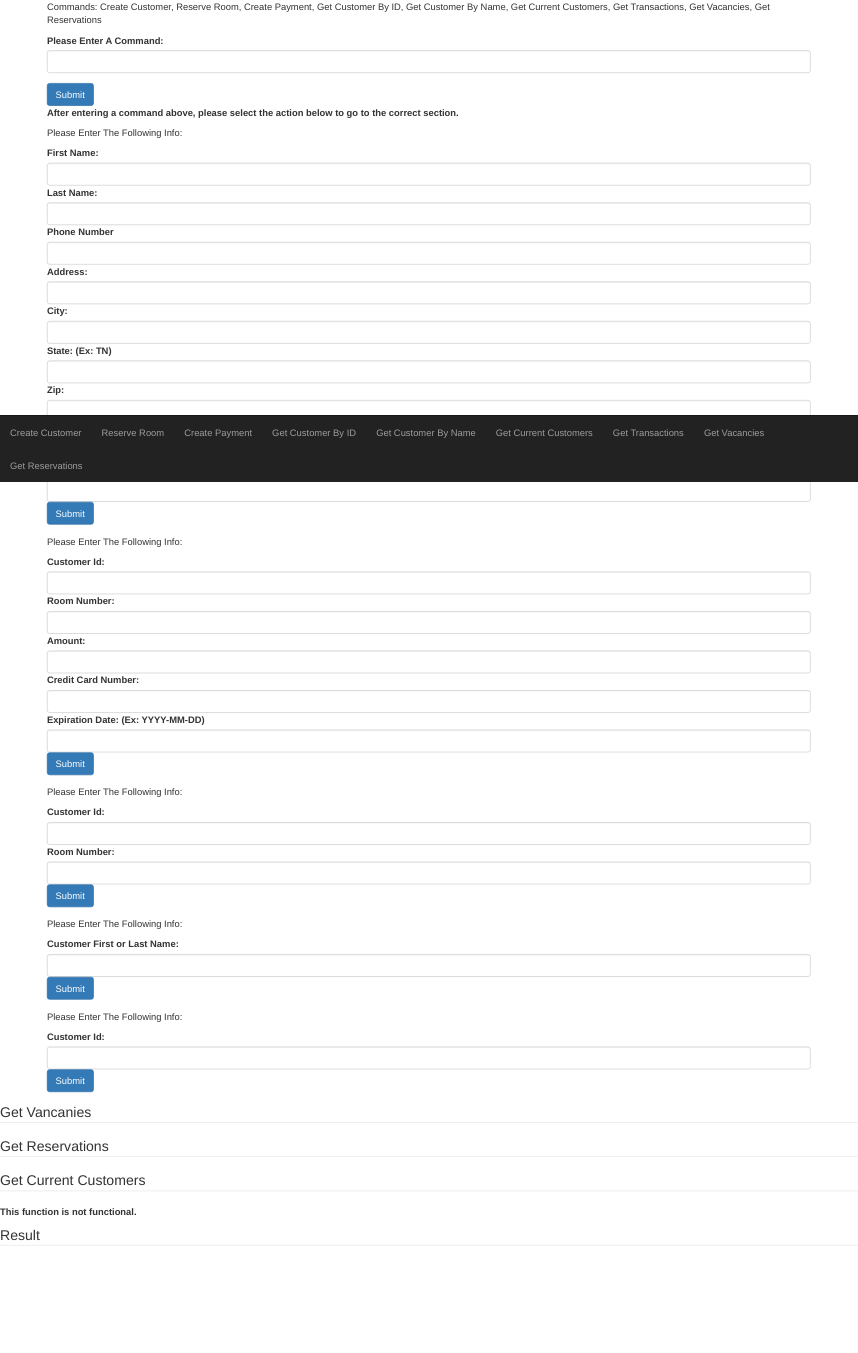
Repository: kddean/PA2
Page: Hotel Reservation System - Single Page/WebContent/HRS.html
These files come from the project's save history. The page is drawn as it stood at one moment and after the next save; the edit follows.
The browser window is 1280 px wide. The pictures show the whole page, at 67% of full size.

Above is the page before, as saved 2016-04-08 03:58:38.

### Hotel Reservation System - Single Page/WebContent/HRS.html
<!DOCTYPE html>
<html>
<head>
<!-- <meta charset="ISO-8859-1"> -->
<meta charset="utf-8">
<meta name="viewport" content="width=device-width, initial-scale=1">
<link rel="stylesheet"
	href="http://maxcdn.bootstrapcdn.com/bootstrap/3.3.6/css/bootstrap.min.css">
<script
	src="https://ajax.googleapis.com/ajax/libs/jquery/1.12.0/jquery.min.js"></script>
<script
	src="http://maxcdn.bootstrapcdn.com/bootstrap/3.3.6/js/bootstrap.min.js"></script>
<title>HRS</title>
</head>
<body>

	<nav class="navbar navbar-inverse navbar-fixed-bottom">

		<ul class="nav navbar-nav">
			<li><a href="#FindForm">Create Customer</a></li>
			<li><a href="#RoomForm">Reserve Room</a></li>
			<li><a href="#PayForm">Create Payment</a></li>
			<li><a href="#TForm">Get Customer By ID</a></li>
			<li><a href="#CForm">Get Customer By Name</a></li>
			<li><a href="#sec3">Get Current Customers</a></li>
			<li><a href="TForm">Get Transactions</a></li>
			<li><a href="#sec">Get Vacancies</a></li>
			<li><a href="#sec2">Get Reservations</a></li>
	</ul>
	</nav>






	<div class="container">
		<p>Commands: Create Customer, Reserve Room, Create Payment, Get
			Customer By ID, Get Customer By Name, Get Current Customers, Get
			Transactions, Get Vacancies, Get Reservations</p>
		<form name="HRSForm">
			<div class="form-group">
				<label for="cmmd">Please Enter A Command:</label> <input type="text"
					class="form-control" name="cmmd" id="cmmd">
			</div>
		</form>
	</div>
	<div class="container">
	<button id="act" class="btn btn-primary">Submit</button>
<p><b>After entering a command above, please select the action below to go to the correct section.</b></p>
</div>
	<div class="container">
		<form name="FindForm" id="FindForm" >
			<div class="form-group">
				<p>Please Enter The Following Info:</p>
				<label for="first">First Name:</label><input type="text"
					class="form-control" name="first"> <label for="last">Last
					Name:</label><input type="text" class="form-control" name="last"> <label
					for="phone">Phone Number</label><input type="text"
					class="form-control" name="phone"> <label for="address">Address:</label><input
					type="text" class="form-control" name="address"> <label
					for="city">City:</label><input type="text" class="form-control"
					name="city"> <label for="state"> State: (Ex: TN)</label><input
					type="text" class="form-control" name="state"> <label
					for="zip">Zip:</label><input type="text" class="form-control"
					name="zip"> <label for="checkin">Checkin Date: (Ex:
					YYYY-MM-DD)</label><input type="text" class="form-control" name="checkin">
				<label for="checkout">Checkout Date: (Ex: YYYY-MM-DD)</label><input
					type="text" class="form-control" name="checkout">
				<button type="submit" class="btn btn-primary">Submit</button>
			</div>
		</form>
	</div>

	<div class="container">
		<form name="PayForm" id="PayForm" >
			<div class="form-group">
				<p>Please Enter The Following Info:</p>
				<label for="cid">Customer Id:</label><input type="text"
					class="form-control" name="cid"> <label for="room">Room
					Number:</label><input type="text" class="form-control" name="room">
				<label for="amount">Amount:</label><input type="text"
					class="form-control" name="amount"> <label for="cnn">Credit
					Card Number:</label><input type="text" class="form-control" name="ccn">
				<label for="edate">Expiration Date: (Ex: YYYY-MM-DD)</label><input
					type="text" class="form-control" name="edate">
				<button type="submit" class="btn btn-primary">Submit</button>
			</div>
		</form>
	</div>

	<div class="container">
		<form name="RoomForm" id="RoomForm" >
			<div class="form-group">
				<p>Please Enter The Following Info:</p>
				<label for="cid">Customer Id:</label><input type="text"
					class="form-control" name="cid"> <label for="room">Room
					Number:</label><input type="text" class="form-control" name="room">
				<button type="submit" class="btn btn-primary">Submit</button>
			</div>
		</form>
	</div>

	<div class="container">
		<form name="CForm" id="CForm" >
			<div class="form-group">
				<p>Please Enter The Following Info:</p>
				<label for="cname">Customer First or Last Name:</label><input
					type="text" class="form-control" name="cname">
				<button type="submit" class="btn btn-primary">Submit</button>
			</div>
		</form>
	</div>

	<div class="container">
		<form name="TForm" id="TForm" >
			<div class="form-group">
				<p>Please Enter The Following Info:</p>
				<label for="id">Customer Id:</label><input type="text"
					class="form-control" name="id">
				<button type="submit" class="btn btn-primary">Submit</button>
			</div>
		</form>
	</div>
	<!-- 	<script src="HRS.js"></script> -->

<div id="sec">
       <fieldset>
            <legend id="ajaxResponse">Get Vancanies</legend>
                 <div id="ajaxResponse"></div>
       </fieldset>

    </div>

<div id="sec2">
       <fieldset>
            <legend id="ajaxResponse">Get Reservations</legend>
                 <div id="ajaxResponse"></div>
       </fieldset>

    </div>

    <div id="sec3">
       <fieldset>
            <legend id="ajaxResponse">Get Current Customers</legend>
                 <div id="ajaxResponse"><p><b>This function is not functional.</b></p></div>
       </fieldset>

    </div>

     <div id="sec4">
       <fieldset>
            <legend id="ajaxResponse">Result</legend>
                 <div id="ajaxResponse"></div>
       </fieldset>

    </div>

    <br><br><br><br><br><br><br>
	<script>
		/* $(#cusub).click(function(){
		 $.ajax({
		 url:"/Hotel_Reservation_System_-_Single_Page/HRS.html",
		 method:"POST",
		 dataType: "text/javascript",
		 success: function(data,status,xhr){
		 $("#ajaxResponse").html(data);
		 },
		 error: function(data,status,xhr){
		 $("ajaxResponse").html("Error");
		 }
		 data: name
		 }  */
	</script>

<script>
$("submit").click(function(){
    $.get("/HRS", function(data, status){
        $("sec4").locDoc("/HRS", function(responseTxt, statusTxt, xhr){
            if(statusTxt == "success")
                alert("External content loaded successfully!");
            if(statusTxt == "error")
                alert("Error: " + xhr.status + ": " + xhr.statusText);
        });
    });
});

</script>


	<script
		src="https://ajax.googleapis.com/ajax/libs/jquery/1.12.0/jquery.min.js"></script>
	<script type="text/javascript"></script>
	<script>
	/* 	var mmd = $("#cmmd").val();

		$("#act").click(function() {
			$("#FindForm").show();
		}) */

		/* if(mmd == "Reserve Room"){
			$("#act").click(function() {
				$("RoomForm").show();
			})
		} */
		/* if(mmd == "Create Payment"){
			$("#act").click(function() {
				$("#PayForm").show();
			})
		} */
		/* if(mmd == "Get Customer By ID"){
			$("#act").click(function() {
				$("#TForm").show();
			})
		} */
		/* if(mmd == "Get Customer By Name"){
			$("#act").click(function() {
				$("#CForm").show();
			})
		} */
		/* /* 		if(mmd == "Get Current Customers"){
		 $("#act").click(function() {
		 alert("This function isn't functional");
		 })
		 }
		 if(mmd == "Get Transactions"){
		 $("#act").click(function() {
		 $("#TForm").show();
		 })
		 }
		 if(mmd == "Get Vacancies"){

		 }
		 if(mmd == "Get Reservations"){} */

	</script>
</body>
</html>

After the next save:
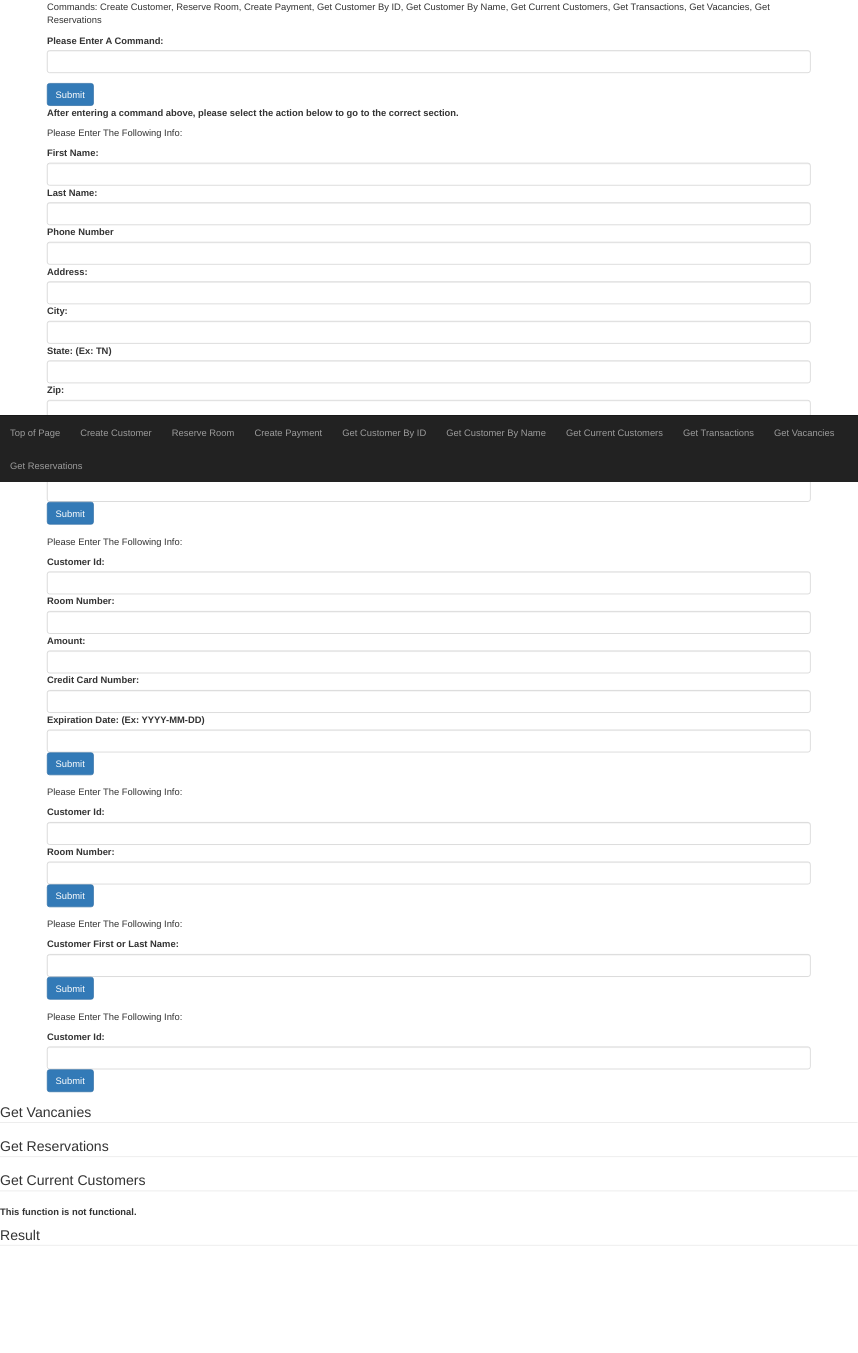
Saved 68 s later.
--- a/Hotel Reservation System - Single Page/WebContent/HRS.html
+++ b/Hotel Reservation System - Single Page/WebContent/HRS.html
@@ -17,6 +17,7 @@
 	<nav class="navbar navbar-inverse navbar-fixed-bottom">
 
 		<ul class="nav navbar-nav">
+			<li><a href="#HRSForm">Top of Page</a></li>
 			<li><a href="#FindForm">Create Customer</a></li>
 			<li><a href="#RoomForm">Reserve Room</a></li>
 			<li><a href="#PayForm">Create Payment</a></li>
@@ -38,7 +39,7 @@
 		<p>Commands: Create Customer, Reserve Room, Create Payment, Get
 			Customer By ID, Get Customer By Name, Get Current Customers, Get
 			Transactions, Get Vacancies, Get Reservations</p>
-		<form name="HRSForm">
+		<form name="HRSForm" id= "HRSForm">
 			<div class="form-group">
 				<label for="cmmd">Please Enter A Command:</label> <input type="text"
 					class="form-control" name="cmmd" id="cmmd">
